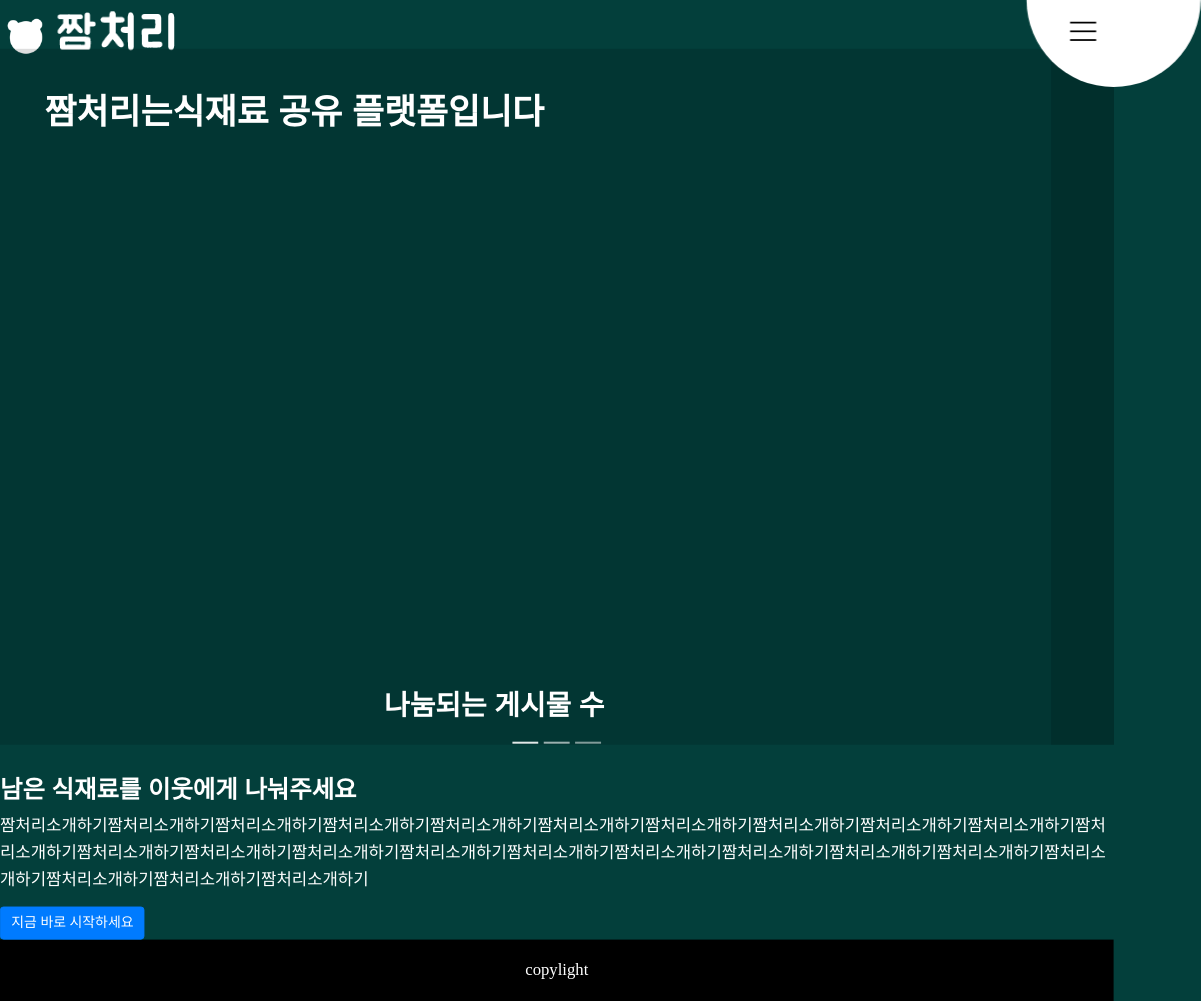
Repository: navang/JJAM_project
Page: http://localhost/jjam/WEB-INF/views/jjam_intro.jsp
These files come from the project's save history. The page is drawn as it stood at one moment and after a run of saves; the edit follows.
The browser window is 1280 px wide. The page is 1380 px wide, so the pictures cover 1380 px, including what lies to the right of the window. The pictures show the whole page, at 87% of full size.
Some web fonts or font styles are not loaded; a fallback is used. Some web libraries are served in a nearby version. The page is served by Tomcat 9. Nobody is signed in. Other server files are loaded and not shown. The template is opened directly, without the code that normally fills it, so the values that code supplies are empty.

Above is the page before, as saved 2019-07-23 05:14:57.

### jjam/src/main/webapp/WEB-INF/views/jjam_intro.jsp
<%@ page language="java" contentType="text/html; charset=UTF-8"
    pageEncoding="UTF-8"%>
<!DOCTYPE html>

<style>
</style>
<head>
    <meta charset="UTF-8">
    <meta name="viewport" content="width=device-width, initial-scale=1.0">
    <meta http-equiv="X-UA-Compatible" content="ie=edge">

    <link rel="stylesheet" href="https://stackpath.bootstrapcdn.com/bootstrap/4.3.1/css/bootstrap.min.css"
        integrity="sha384-ggOyR0iXCbMQv3Xipma34MD+dH/1fQ784/j6cY/iJTQUOhcWr7x9JvoRxT2MZw1T" crossorigin="anonymous">
    <script src="https://code.jquery.com/jquery-3.3.1.slim.min.js"
        integrity="sha384-q8i/X+965DzO0rT7abK41JStQIAqVgRVzpbzo5smXKp4YfRvH+8abtTE1Pi6jizo"
        crossorigin="anonymous"></script>
    <script src="https://cdnjs.cloudflare.com/ajax/libs/popper.js/1.14.7/umd/popper.min.js"
        integrity="sha384-UO2eT0CpHqdSJQ6hJty5KVphtPhzWj9WO1clHTMGa3JDZwrnQq4sF86dIHNDz0W1"
        crossorigin="anonymous"></script>
    <script src="https://stackpath.bootstrapcdn.com/bootstrap/4.3.1/js/bootstrap.min.js"
        integrity="sha384-JjSmVgyd0p3pXB1rRibZUAYoIIy6OrQ6VrjIEaFf/nJGzIxFDsf4x0xIM+B07jRM"
        crossorigin="anonymous"></script>
    <!-- https://getbootstrap.com/docs/4.3/getting-started/introduction/ 부트스트랩에서 가져옴-->


    <link rel="stylesheet" href="./resources/style/main.css">

    <link rel="stylesheet" href="./resources/style/index.css">

    <script src="https://kit.fontawesome.com/825d367943.js"></script>

</head>
<% String cntB =(String)request.getAttribute("cntB"); %>
<% String cntC =(String)request.getAttribute("cntC"); %>

<body>
<!--  상단 햄버거  -->
<label>
    <img id="logo" style="width: 60px; height: 60px; position:fixed;" src="./resources/image/character.png" alt=""><img style="margin-left: 60px; position:fixed;" src="./resources/image/JJCR_white1.png">
</label>

    <label>
        <input type="checkbox"></input>
        <span class="menu">
          <span class="hamburger"></span>
        </span>
        <ul>
          <li>
            <a href="#">Home</a>
          </li>
          <li>
            <a href="#">About</a>
          </li>
          <li>
            <a href="#">Work</a>
          </li>
          <li>
            <a href="customerLogin.do">Login</a>
          </li>
        </ul>
      </label>


    <!--------------------------------------------------------------->

<div class="intro_form"> <!--전체화면 분할-->
    <div class=""></div> <!-- 상단 navbar로 인한 공백-->

    <div class=""><!-- carousel 칸-->
            <div class="carousel slide " id="myCarousel" data-ride="carousel">
                    <div class="carousel-inner">
                            <!-- ---------------------- -->
                            <div class="carousel-item active" >
                                  <img class=""  src="./resources/image/hidden.png" alt="">
                                <div  class="carousel-caption">
                               			    <h2 class="bigfont">${cntB } </h2>
                                            <h2>나눔되는 게시물 수</h2>
                                </div>
                            </div>
                            <!-- ---------------------- -->
                            <div class="carousel-item">
                                    <img class=""src="./resources/image/hidden.png" alt="">
                                    <div class="carousel-caption">
                                            <h2 class="bigfont">${cntC }</h2>
                                            <h2>나눔에 참여한 회원 수</h2>
                                    </div>
                                </div>
                                 <div class="carousel-item w">
                                        <img class=""  src="./resources/image/hidden.png" alt="">
                                <div class="carousel-caption">
                                           <h2 class="bigfont">1000</h2>
                                           <h2>옴슑슑</h2>
                                </div>
                            </div>
                        </div>
                    <!-- 좌우 버튼 -->

                    <ul class="carousel-indicators">
                            <li class="active" data-target="#myCarousel" data-slide-to="0"></li>
                            <li data-target="#myCarousel" data-slide-to="1"></li>
                            <li data-target="#myCarousel" data-slide-to="2"></li>
                        </ul>
                 </div>
    </div>


 <div class=""></div>
<div >
        <div class="intro-main" >
             <h1>짬처리는식재료 공유 플랫폼입니다</h1>



            </div>



   </div>

   <!------------------------------------------------------------------------------>

  </div>

   <h3>남은 식재료를 이웃에게 나눠주세요</h3>
             <p>짬처리소개하기짬처리소개하기짬처리소개하기짬처리소개하기짬처리소개하기짬처리소개하기짬처리소개하기짬처리소개하기짬처리소개하기짬처리소개하기짬처리소개하기짬처리소개하기짬처리소개하기짬처리소개하기짬처리소개하기짬처리소개하기짬처리소개하기짬처리소개하기짬처리소개하기짬처리소개하기짬처리소개하기짬처리소개하기짬처리소개하기짬처리소개하기</p>

       <button class="btn btn-primary" type="button">지금 바로 시작하세요 </button><!--다음페이지 링크 버튼-->
   <div class="footer">copylight</div>

</body>


</html>

### jjam/src/main/webapp/resources/style/main.css
@charset "utf-8";

@font-face {
    font-family: NanumSquareR;
    src: url(../font/NanumSquareR.woff) format('woff');
}

@font-face {
    font-family: NanumSquareL;
    src: url(../font/NanumSquareL.woff) format('woff');
}

@font-face {
    font-family: NanumSquareB;
    src: url(../font/NanumSquareB.woff) format('woff');
}





/* background*/


h1, h2, h3, h5, p {
    font-family: NanumSquareR, sans-serif;
    font-weight: 500;
    color: white;
}
h4{
    font-family: NanumSquareR, sans-serif;
    font-weight: 500;
    color: black;
}

h1, h2, h3 {
    margin-top: 10px;
    margin-bottom: 10px;
    font-weight: 700;
}

body{
  	font-family:BMJUA;
    background: #033f3b;
}
#logo{
	width: 60px; height: 60px;
}
#jcr{
	margin-left: 60px; position:fixed;
}
#top_navbar {
    background: rgba(0,0,0,0.7);
}
#top_navcolor {
    background-color: #147b6b;
}

#top_navbar-nav > li > a {
    padding-top: 20px;
    padding-bottom: 20px;
}

.separator {
    background: #59e;
    margin-top: 80px;
    padding: 21px;
    text-align: center;
    color: #fff;
}

.red {
    background: #fcc;
    border: #eaa solid 4px;
}

/* .yellow { */
/*     background: #f6f6c0; */
/*     border: #dd7 solid 4px; */
/* } */


.green {
    font:white;
    background: #147b6b;

}

.bluegreen {
    background: #aee;
    border: #8dd solid 4px;
}
<<<<<<< HEAD


/* .blue { */
=======
/* .blue { */
/*     background: #bcf; */
/*     border: #9ae solid 4px; */
/* } */

>>>>>>> 7f7c7283d27dcf0b9cae4bf84bee2c912e11a8f9
.blue {
    background: #bcf;
    border: #9ae solid 4px;
}
/*1_ intro*/
.intro_form{
    display: grid;
     grid-template-columns: 100%;
<<<<<<< HEAD
    grid-template-rows: 30px 850px 850px ;
=======
    grid-template-rows: 30px 850px 300px ;
>>>>>>> 7f7c7283d27dcf0b9cae4bf84bee2c912e11a8f9
}
.intro-main{
  position: absolute;
  top: 15%;
  left: 20%;
  transform: translate(-20%, -20%);
  width: 80%;

}
.intro-desc{
	display:grid;
	 grid-template-columns: 15% 70% 15%;
    grid-template-rows:  250px 80px ;
}

/*  풀어주기   */
.map-custom{
	width:100%;
	height:700px;
	position:relative;
	overflow:hidden;
	border-radius:30px;
}


.bigfont{
	font-size: 700px;
    text-align: center;

    font-family: NanumSquareL;
    src: url(../font/NanumSquareL.woff) format('woff');

}


.white-text {
    color: white;
}

.row{
     display : grid;
     grid-template-columns: 100%;
     grid-template-rows: 70px 850px 100px ;
}
.mypage{
	display: grid;
	  grid-template-columns: 20% 60% 20%;
     grid-template-rows: 400px 1400px ;
}
.mypage-columns{
	display:grid;
	  grid-template-columns: 30% 70%;
 	text-align: center;

}
.mypage-rows{
	display:grid;
	  grid-template-rows: 30% 70%;


}
/* 햄버거*/
.ham{
	width:100px;
}

/* 2_search 페이지 */
.search{
    display : grid;
    grid-template-columns: 25% 50% 25%;
    grid-template-rows: 100px 300px 40px 50px 20px;
}
.search-grid {

    display : grid;
    text-align: center;
    grid-template-columns: 20% 20% 20% 20% 20%;
    grid-template-rows: 100px 100px 100px 100px 100px;
}
/* 3 form*/
/* 전체화면 분할*/
.modal-form{
    display : grid;
    grid-template-columns: 15% 70% 15%;
    grid-template-rows: 60px 780px  50px;

}
/* 가운데화면 분할*/
.modal-form-grid{
    display : grid;
    grid-template-columns: 60% 40%;
    grid-template-rows: 60px  700px 70px;

}
/* */
.modal-inner-grid{
    display : grid;
    grid-template-columns: 50% 50%;

}

.modal-size{
    position: absolute;


}
/* modal fullsize*/
.modal-dialog.modal-fullsize {
    width: 150%; height: 100%; margin: 0; padding: 0;
}
.modal-content.modal-fullsize {
    height: auto;
    min-height: 100%;
    border-radius: 0;
  }
.btn-create{
	text-decoration:none;
	width:100%;
	height:40px;
	font-size:20px;
	border-radius:30px;
	background:#147b6b;
	color:white;
	box-shadow: 0px 3px 0px black;
	border: 2px solid white;
}
.btn-create:hover .btn-create:focus, btn-create:active {
	background:#073d35;

}

/* info modal img*/
.img-chatmodal{
    width:1900px;
    height: 950px;
    background-image:url('../image/chatbot_modal.png');
}

/*게시물 리스트*/
.form-list {
    display: grid;
    grid-template-columns:3% 20% 3% 74%;
    padding: 10px;
}


/* 5*5 그리드 */
#grid{
    display: grid;
    text-align: center;
    grid-template-columns:150px 150px 150px 150px 150px 150px;
}
/* 메인 1 페이지  */
.wrapper {
    display: grid;
    grid-template-columns: 5% 55% 40% ;
    grid-template-rows: 100px 7px 100px 30px 100px 100px 30px 100px 100px;
}

/* 4 login form*/
.login{
    display : grid;
    grid-template-columns: 30% 800px 27%;
    grid-template-rows: 100px 800px ;
}
.login-set{
    color : #1f0a01;
    background-color: white;
    border-radius: 15px;
    display:grid;
    grid-template-rows: 80px 380px 300px 40px;
    text-align: center;

}
.login-set.login-form{
    display: grid;
    grid-template-columns:240px 320px 240px;
    grid-template-rows: 100px 100px 100px ;

}
.design-border{
    border: silver solid 2px;
}

/* 7_result*/
.result-form{
    display: grid;
     grid-template-columns: 15% 70% 15%;
    grid-template-rows: 200px 300px 300px ;
}
.result-form-item{
	display:grid;
	  text-align:center;
	  grid-template-columns:100%;

}
.result-form-item-line{
	 background:white;
 	text-align:center;
	  border-radius: 50px;
	  width:73%;
	  height:3px;
	  margin-left:180px;

}
.result-button{
	width:100px;
	height:40px;
	border-radius:30px;
	background:white;

}
/* footer*/
.footer {
    left: 0;
    bottom: 0;
    width: 100%;
	padding: 20px 0;
	text-align: center;
	color: white;
	background:  black;
}
.card {
  height: 30%;
}
.card-columns {
    @include media-breakpoint-only(lg) {
      column-count: 4;
    }
    @include media-breakpoint-only(xl) {
      column-count: 5;
    }
  }
@media(max-width:375px){
#logo{
	width: 30px; height: 30px; position:fixed;
}
#jcr{
	margin-left: 35px; position:fixed; height: 30px;
}
    .search{
        display : grid;
        grid-template-columns: 0px 100% 0px;
        grid-template-rows: 100px 600px 30px 30px 20px ;
    }
      /* 5*5 그리드 */
    #grid{
    display: grid;
    text-align: center;
    grid-template-columns:160px 160px 160px;
}

    .wrapper {
    display: grid;
    grid-template-columns: 5% 90% 5% ;
    grid-template-rows: 100px 60px 30% 30px 70px 100px 100px 100px 10px;
    }
    .search-grid {

        display : grid;
        text-align: center;
        grid-template-columns: 25% 25% 25% 25%;
        grid-template-rows: 50px  50px  50px 50px  50px  50px;
    }


    .mypage{
	display: grid;
	  grid-template-columns: 100%;
     grid-template-rows: 0px  0px   170px  0px   500px;
}
.mypage-columns{
	display:grid;
	 grid-template-columns: 100%;
		  grid-template-rows: 400px 50%;

}
.mypage-rows{
	display:grid;

		  grid-template-template: 100%;
		   grid-template-rows: 60% 40%;
}
.mypage-menu{
	display:grid;

		  grid-template-rows: 25% 25% 25% 25%;
}


    /*챗 모달 사용설명서*/
    .img-chatmodal{
        width:640px;
        height: 950px;
        background-image:url('../image/chatbot_modal_mobile.png');

    }
    /* modal fullsize*/
    .modal-dialog.modal-fullsize {
    width: 100%; height: 100%; margin: 0; padding: 0;
    }
    .modal-content.modal-fullsize {
    height: auto;
    min-height: 100%;
    border-radius: 0;
  }
    /* 가운데화면 분할*/
.modal-form{
    display : grid;
    grid-template-columns: 15% 70% 15%;
    grid-template-rows: 60px 780px  50px;

}
/* 가운데화면 분할*/
.modal-form-grid{
    display : grid;
    grid-template-columns: 60% 40%;
    grid-template-rows: 60px  700px 70px;

}

    .modal-inner-grid{
        display : grid;
        grid-template-columns: 100%;

    }
    /* 4 login form*/
    .login{
    display : grid;
    grid-template-columns: 0px 640px 0px;
    grid-template-rows: 50px 640px ;
}
.result-form{
    display: grid;
     grid-template-columns: 0% 100% 0%;
    grid-template-rows: 100px 700px 100px ;
}
.ham{
	width:100px;
}
/* footer*/
.footer {
    left: 0;
    bottom: 0;
    width: 100%;
	padding: 20px;
	text-align: center;
	color: white;
	background:  black;
}

/*1_ intro*/
.intro_form{
    display: grid;
     grid-template-columns: 100%;
    grid-template-rows: 30px 360px 550px ;
}
.intro-main{
  position: absolute;
  font-size: 20px;
  top: 50%;
  left: 20%;
  transform: translate(-20%, -20%);
  width: 80%;

}
.intro-desc{
	display:grid;
	 grid-template-columns: 10% 80% 10%;
    grid-template-rows:  550px 150px ;
}

/*  풀어주기   */
.map-custom{
	width:700px;
	height:700px;
	position:relative;
	overflow:hidden;
	margin-left: 80px;
	border-radius:30px;
}


.bigfont{
	left:50%;
	transform:rotate(30deg);
	font-size: 300px;
    text-align: left;

    font-family: NanumSquareL;
    src: url(../font/NanumSquareL.woff) format('woff');

}


}

### jjam/src/main/webapp/resources/style/index.css
@import url('https://fonts.googleapis.com/css?family=Cutive+Mono');
*, *:before, *:after {
  box-sizing: border-box;
}

@font-face { font-family: 'BMJUA'; src: url('https://cdn.jsdelivr.net/gh/projectnoonnu/noonfonts_one@1.0/BMJUA.woff') format('woff'); font-weight: normal; font-style: normal; }

body {

  font-size: 1.2em;
  line-height: 1.6;

  overflow-x: hidden;
}
label .menu {
  position: absolute;
  right: -100px;
  top: -100px;
  z-index: 100;
  width: 200px;
  height: 200px;
  background: #fff;
  border-radius: 50% 50% 50% 50%;
  transition: 0.5s ease-in-out;
  box-shadow: 0 0 0 0 #fff, 0 0 0 0 #fff;
  cursor: pointer;
}
label .hamburger {
  position: absolute;
  top: 135px;
  left: 50px;
  width: 30px;
  height: 2px;
  background: #000;
  display: block;
  transform-origin: center;
  transition: 0.5s ease-in-out;
}
label .hamburger:after, label .hamburger:before {
  transition: 0.5s ease-in-out;
  content: "";
  position: absolute;
  display: block;
  width: 100%;
  height: 100%;
  background: #000;
}
label .hamburger:before {
  top: -10px;
}
label .hamburger:after {
  bottom: -10px;
}
label input {
  display: none;
}
label input:checked + .menu {
  box-shadow: -400px 0 0   #fff, -350px 0 0   #fff,-300px 0 0 #fff,-250px 0 0 #fff,  -200px 0 0 #fff,-150px 0 0 #fff, -100px 0 0 #fff,-50px 0 0 #fff;
  border-radius: 50px;
}
label input:checked + .menu .hamburger {
  transform: rotate(45deg);
}
label input:checked + .menu .hamburger:after {
  transform: rotate(90deg);
  bottom: 0;
}
label input:checked + .menu .hamburger:before {
  transform: rotate(90deg);
  top: 0;
}
label input:checked + .menu + ul {
  opacity: 1;
}
label ul {
	font-family:BMJUA;
	width:500px;
	height:50px;
  z-index: 200;
  position: absolute;
  top: 5%;
  left: 84%;
 transform: translate(-50%, -50%);
  opacity: 0;
  transition: 0.25s 0s ease-in-out;


}
label a {

  margin-bottom: 1em;
  display: block;
  color: #000;
  text-decoration: none;
}
label a:hover, label a:focus{
	text-decoration:none;
	color:#76afa7;

}
.menubar{
	display:inline-block;
	margin-left:30px;
}

@media(max-width:375px){

body {

  font-size: 1.2em;
  line-height: 1.6;

}
label .menu {
  position: absolute;
  right: -100px;
  top: -100px;
  z-index: 100;
  width: 200px;
  height: 200px;
  background: #fff;
  border-radius: 50% 50% 50% 50%;
  transition: 0.5s ease-in-out;
  box-shadow: 0 0 0 0 #fff, 0 0 0 0 #fff;
  cursor: pointer;
}
label .hamburger {
  position: relative;
  top: 135px;
  left: 50px;
  width: 30px;
  height: 2px;
  background: #000;
  display: block;
  transform-origin: center;
  transition: 0.5s ease-in-out;
}
label .hamburger:after, label .hamburger:before {
  transition: 0.5s ease-in-out;
  content: "";
  position: relative;
  display: block;
  width: 100%;
  height: 100%;
  background: #000;
}
label .hamburger:before {
  top: -10px;
}
label .hamburger:after {
  bottom: -10px;
}
label input {
  display: none;
}
label input:checked + .menu {
  box-shadow: -200px 0 0  100vw  #fff ;
  border-radius: 50px;
}
label input:checked + .menu .hamburger {
  transform: rotate(45deg);
}
label input:checked + .menu .hamburger:after {
  transform: rotate(90deg);
  bottom: 0;
}
label input:checked + .menu .hamburger:before {
  transform: rotate(90deg);
  top: 0;
}
label input:checked + .menu + ul {
  opacity: 1;
}
label ul {
	font-family:BMJUA;
	width:200px;
	height:50px;
  z-index: 200;
  position: relative;
  top: 50%;
  left: 0%;
 transform: translate(40%, 50%);
  opacity: 0;
  transition: 0.25s 0s ease-in-out;

}
label a {

  margin-bottom: 1em;
  display: block;
  color: #000;
  text-decoration: none;
}
label a:hover, label a:focus{
	text-decoration:none;
	color:#76afa7;

}
.menubar{
	display:inline-block;
	margin-left:40px;
}
#myCarousel {
	padding:0px;
	margin: 0px;
}

}

After the next 2 saves:
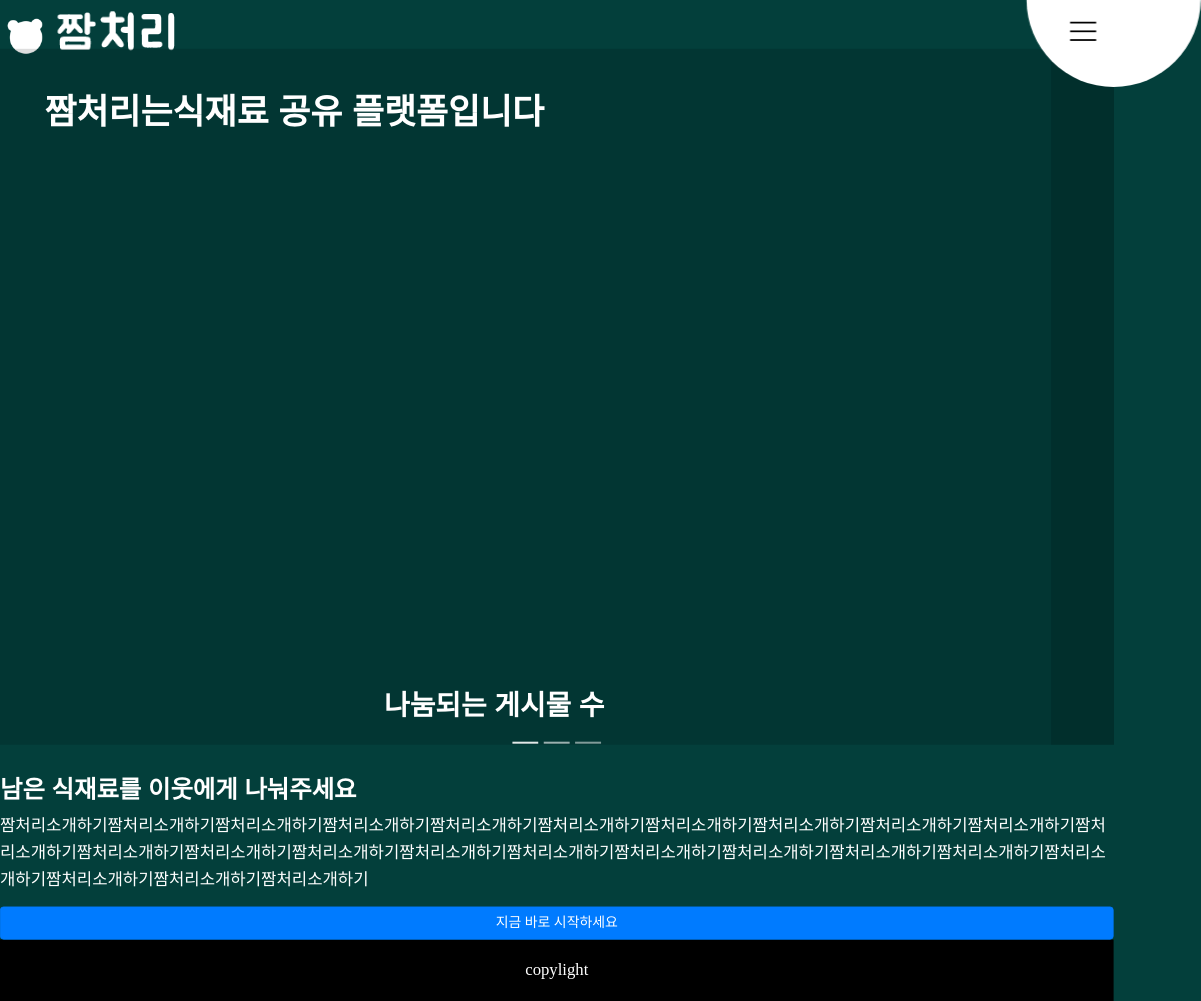
The 2 saves are shown as one change because they came seconds apart.
The last was saved 27 min 56 s later.
--- a/jjam/src/main/webapp/WEB-INF/views/jjam_intro.jsp
+++ b/jjam/src/main/webapp/WEB-INF/views/jjam_intro.jsp
@@ -108,23 +108,16 @@
 <div >
         <div class="intro-main" >
              <h1>짬처리는식재료 공유 플랫폼입니다</h1>
-
-
-
             </div>
-
-
-
    </div>
-
-   <!------------------------------------------------------------------------------>
-
-  </div>
 
    <h3>남은 식재료를 이웃에게 나눠주세요</h3>
              <p>짬처리소개하기짬처리소개하기짬처리소개하기짬처리소개하기짬처리소개하기짬처리소개하기짬처리소개하기짬처리소개하기짬처리소개하기짬처리소개하기짬처리소개하기짬처리소개하기짬처리소개하기짬처리소개하기짬처리소개하기짬처리소개하기짬처리소개하기짬처리소개하기짬처리소개하기짬처리소개하기짬처리소개하기짬처리소개하기짬처리소개하기짬처리소개하기</p>
 
        <button class="btn btn-primary" type="button">지금 바로 시작하세요 </button><!--다음페이지 링크 버튼-->
+
+    </div>
+
    <div class="footer">copylight</div>
 
 </body>

After the save that followed:
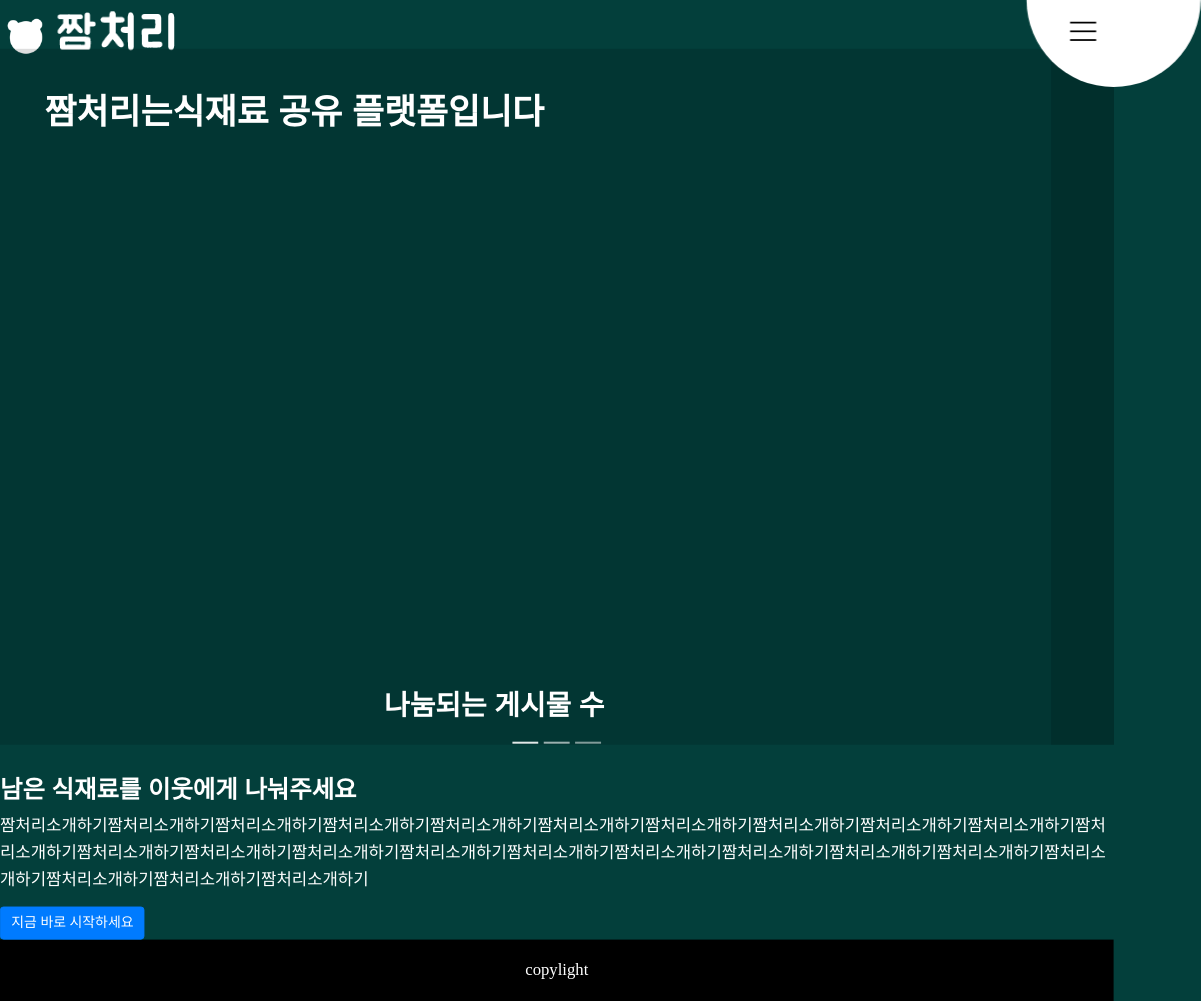
Saved 33 s later.
--- a/jjam/src/main/webapp/WEB-INF/views/jjam_intro.jsp
+++ b/jjam/src/main/webapp/WEB-INF/views/jjam_intro.jsp
@@ -108,13 +108,16 @@
 <div >
         <div class="intro-main" >
              <h1>짬처리는식재료 공유 플랫폼입니다</h1>
-            </div>
-   </div>
-
-   <h3>남은 식재료를 이웃에게 나눠주세요</h3>
+         </div>
+   			<h3>남은 식재료를 이웃에게 나눠주세요</h3>
              <p>짬처리소개하기짬처리소개하기짬처리소개하기짬처리소개하기짬처리소개하기짬처리소개하기짬처리소개하기짬처리소개하기짬처리소개하기짬처리소개하기짬처리소개하기짬처리소개하기짬처리소개하기짬처리소개하기짬처리소개하기짬처리소개하기짬처리소개하기짬처리소개하기짬처리소개하기짬처리소개하기짬처리소개하기짬처리소개하기짬처리소개하기짬처리소개하기</p>
 
        <button class="btn btn-primary" type="button">지금 바로 시작하세요 </button><!--다음페이지 링크 버튼-->
+
+
+
+   </div>
+
 
     </div>
 
